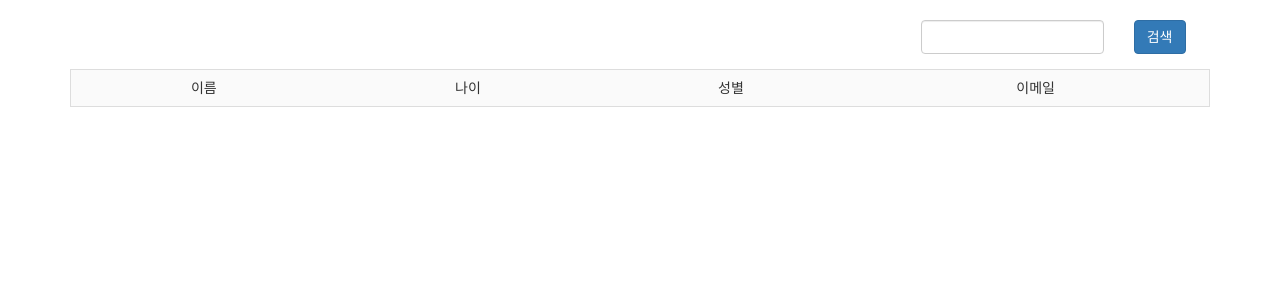
Repository: pojh5090/AJAX
Page: http://localhost/Ajax/
These files come from the project's save history. The page is drawn as it stood at one moment and after the next save; the edit follows.
The browser window is 1280 px wide. The pictures show the whole page.
Some web libraries are served in a nearby version. The page is served by Tomcat 9.

Above is the page before, as saved 2020-03-03 13:14:54.

After the next save:
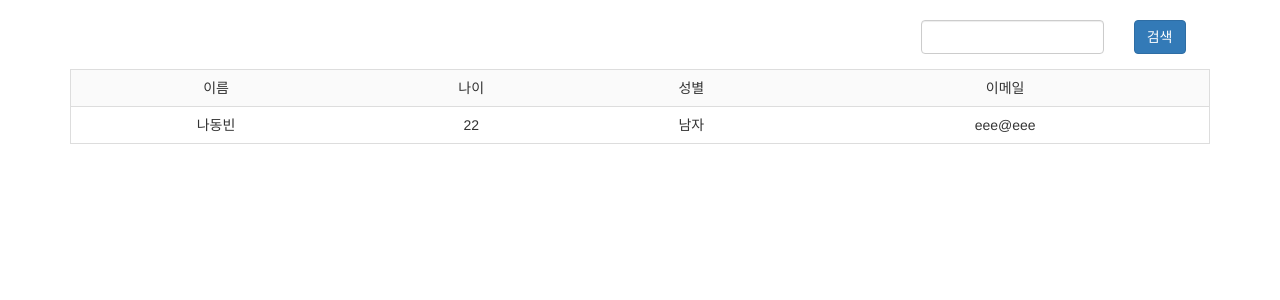
Saved 61 s later.
--- a/Ajax/WebContent/index.jsp
+++ b/Ajax/WebContent/index.jsp
@@ -29,6 +29,12 @@
 					<td style="background-color: #fafafa; text-align:center;">이메일</td>
 				</tr>
 			</thead>
+				<tr>
+					<td>나동빈</td>
+					<td>22</td>
+					<td>남자</td>
+					<td>eee@eee</td>
+				</tr>
 	</div>
 </body>
 </html>
